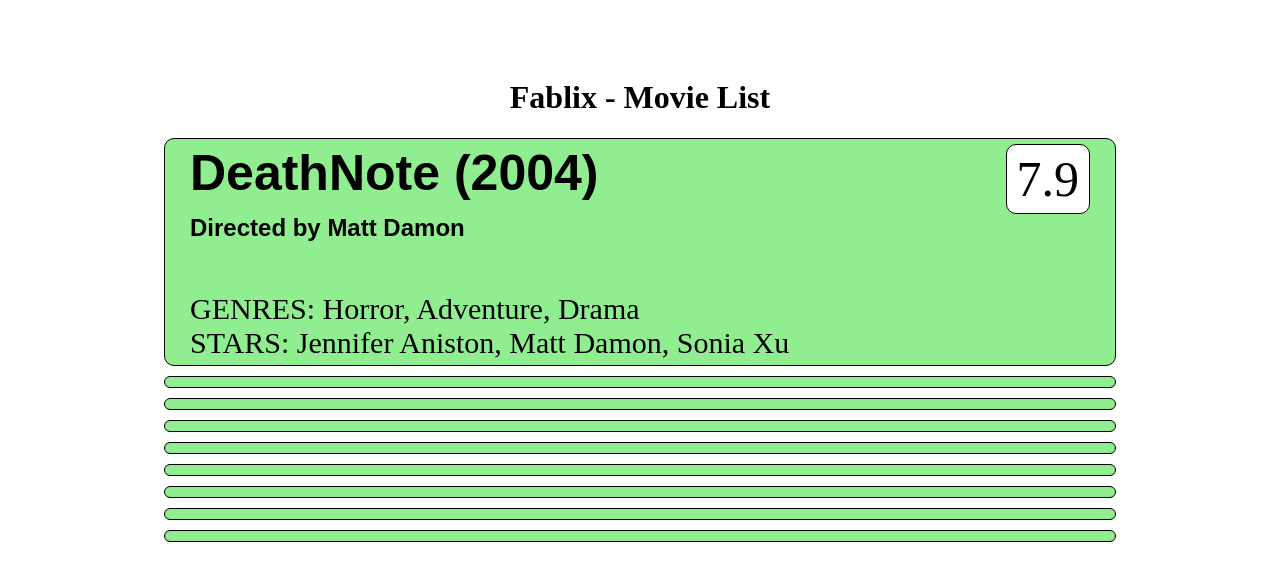
Repository: csumphan/fablix
Page: http://localhost/Project1/
These files come from the project's save history. The page is drawn as it stood at one moment and after the next save; the edit follows.
The browser window is 1280 px wide. The pictures show the whole page.
Some web fonts or font styles are not loaded; a fallback is used. The page is served by Tomcat 9. Nobody is signed in. The application's start-up code is not run. Other server files are loaded and not shown.

Above is the page before, as saved 2018-01-23 00:20:17.

### Project1/WebContent/index.html
<!DOCTYPE html>
<html>
<head>
<meta charset="UTF-8">
<title>Insert title here</title>
<link href="https://fonts.googleapis.com/css?family=Cairo|Libre+Franklin|Play" rel="stylesheet">
<link type="text/css" href="styles.css" rel="stylesheet"/>
</head>
<body>
	<h1>Fablix - Movie List</h1>
	<div id="movie-list-container">
		<div class="movie-item">
			<div class="header-container">
				<h1>DeathNote <span>(2004)</span></h1>
				<div class="rating">7.9</div>
			</div>
			<div class="sub-header-container">
				<h2>Directed by Matt Damon</h2>
			</div>
			<div class="info-container">
				<div class="genres-container">
					GENRES: Horror, Adventure, Drama
				</div>
				<div class="stars-container">
					STARS: Jennifer Aniston, Matt Damon, Sonia Xu
				</div>
			</div>
		</div>
		<div class="movie-item"></div>
		<div class="movie-item"></div>
		<div class="movie-item"></div>
		<div class="movie-item"></div>
		<div class="movie-item"></div>
		<div class="movie-item"></div>
		<div class="movie-item"></div>
		<div class="movie-item"></div>
	</div>
</body>
</html>

### Project1/WebContent/styles.css
body {
	padding: 50px;
	display: flex;
	justify-content: center;
	align-items: center;
	flex-direction: column;
	background-color: white;
}
#movie-list-container {
	width: 1000px;
	display: flex;
	justify-content: center;
	align-items: center;
	flex-direction: column;
}

.movie-item {
	width: 900px;
	border-radius: 10px;
	border: 1px solid black;
	background-color: lightgreen;
	margin-bottom: 10px;
	padding: 5px 25px;
}

.header-container {
	display: flex;
	justify-content: space-between;
}

.header-container > h1 {
	font-family: 'Play', sans-serif;
	margin: 0px;
	font-size: 50px;
}

.sub-header-container > h2 {
	font-family: 'Libre Franklin', sans-serif;
	margin: 0px;
}

.info-container {
	font-size: 30px;
	margin-top: 50px;
	display: flex;
	flex-direction: column;
}

.rating {
	font-size: 50px;
	border: 1px solid black;
	padding: 5px 10px;
	border-radius: 10px;
	background-color: white;
}

.genres-container {
	width: 100%;
}

.stars-container {
	width: 100%;
}

After the next save:
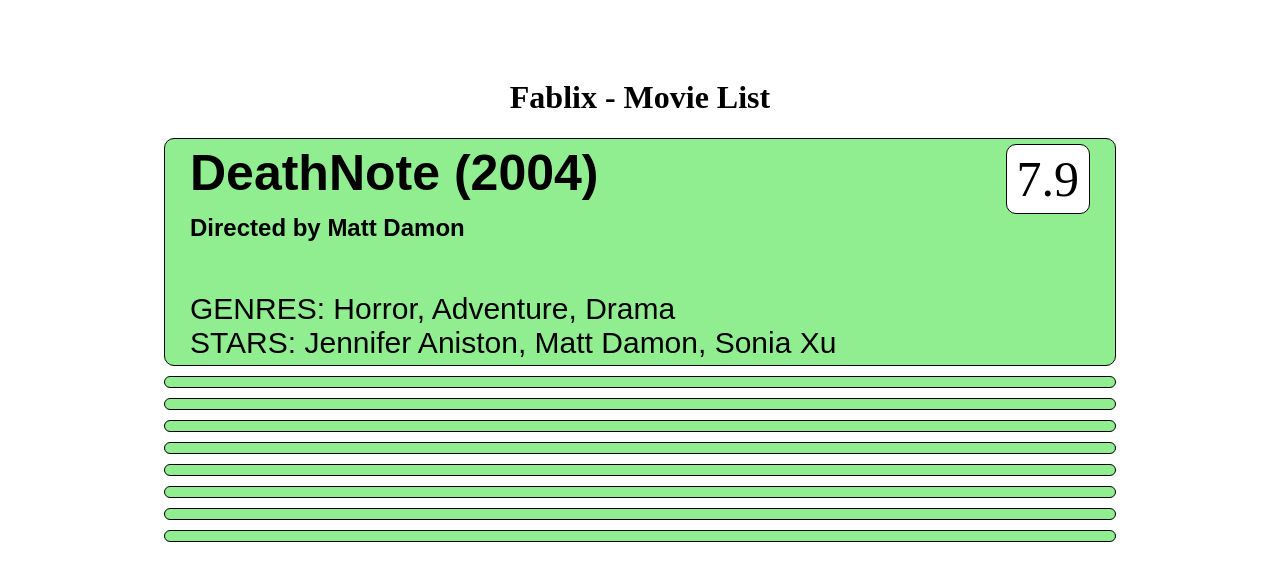
Saved 10 s later.
--- a/Project1/WebContent/styles.css
+++ b/Project1/WebContent/styles.css
@@ -40,6 +40,7 @@
 }
 
 .info-container {
+	font-family: 'Cairo', sans-serif;
 	font-size: 30px;
 	margin-top: 50px;
 	display: flex;
